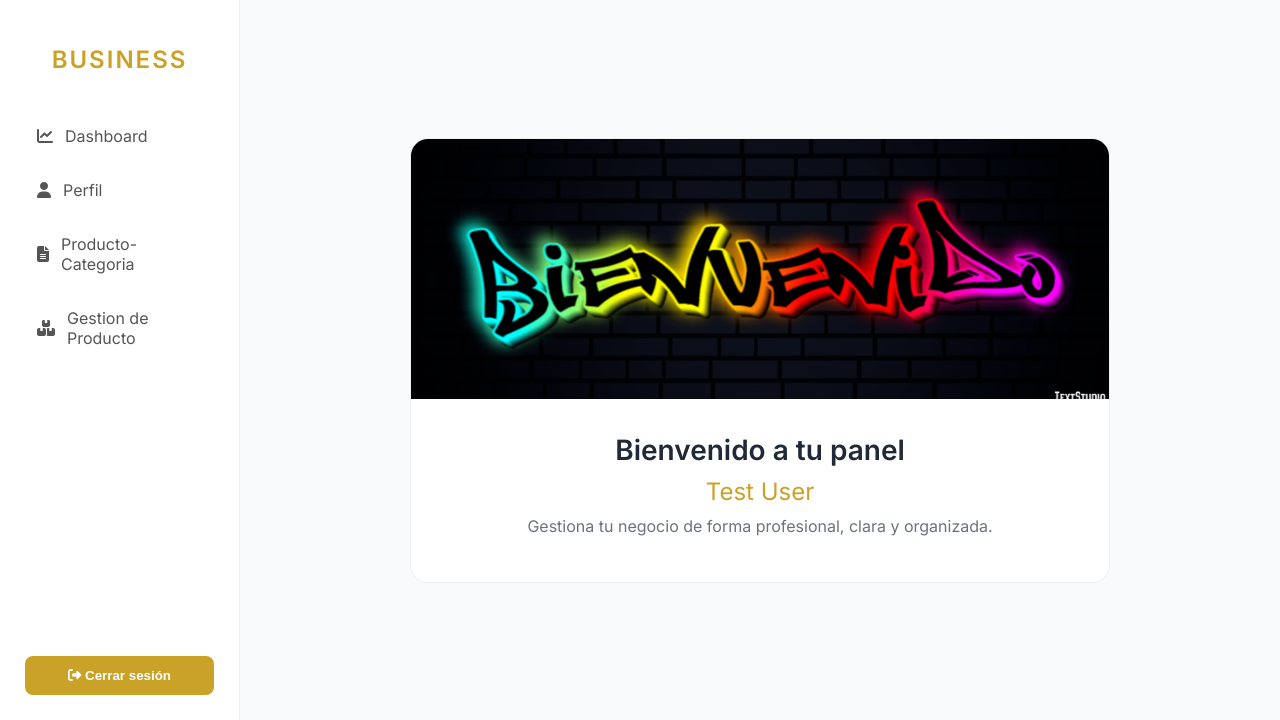
Repository: BrianCarringtom/menuqr
Page: resources/views/business/dashboard.blade.php
An editor plug-in stored every save of this project. The page is shown before and after the next save, followed by the edit.
The browser window is 1280 px wide. The pictures show the whole page.
The page is served by the project's Laravel application, run on PHP 8.4 with Laravel 12. A made-up administrator, Test User (test@example.com), is signed in. Other server files are loaded and not shown. The template is opened directly, without the code that normally fills it, so the values that code supplies are empty.

Above is the page before, as saved 2026-03-24 14:50:48.

### routes/web.php
<?php

use Illuminate\Support\Facades\Route;
use Illuminate\Support\Facades\Auth;
use App\Models\User;
use Illuminate\Http\Request;
use Illuminate\Support\Str;
use App\Models\Category;
use App\Models\Product;

// Página pública
Route::get('/', function () {
    return view('welcome');
});

// 🔥 REDIRECCIÓN INTELIGENTE (CLAVE)
Route::get('/dashboard', function () {

    if (!Auth::check()) {
        return redirect('/login');
    }

    if (Auth::user()->role === 'admin') {
        return redirect('/admin');
    }

    return redirect('/business');
})->middleware('auth');


// PANEL ADMIN
// Dashboard
Route::get('/admin', function () {

    if (Auth::user()->role !== 'admin') {
        abort(403);
    }

    return view('admin.dashboard');
})->middleware('auth');


// Usuarios
Route::get('/admin/users', function () {

    if (Auth::user()->role !== 'admin') {
        abort(403);
    }

    $users = User::all();

    return view('admin.users', compact('users'));
})->middleware('auth');

// CREAR USUARIOS (solo admin)
Route::post('/admin/create-user', function (Request $request) {

    if (Auth::user()->role !== 'admin') {
        abort(403);
    }

    // Generar slug único
    $slugBase = Str::slug($request->name); // Convierte "Fonda Maricela" → "fonda-maricela"
    $slug = $slugBase;
    $counter = 1;

    while (User::where('slug', $slug)->exists()) {
        $slug = $slugBase . '-' . $counter++;
    }

    User::create([
        'name' => $request->name,
        'email' => $request->email,
        'password' => bcrypt($request->password),
        'role' => 'business',
        'slug' => $slug, // <-- importante
    ]);

    return back()->with('success', 'Usuario creado con slug: ' . $slug);
})->middleware('auth');

// EDITAR (mostrar datos)
Route::get('/admin/users/{id}/edit', function ($id) {
    if (Auth::user()->role !== 'admin') {
        abort(403);
    }

    $user = User::findOrFail($id);
    return view('admin.edit-user', compact('user'));
})->middleware('auth')->name('users.edit');


// ACTUALIZAR
Route::put('/admin/users/{id}', function (Request $request, $id) {
    if (Auth::user()->role !== 'admin') {
        abort(403);
    }

    $user = User::findOrFail($id);

    $user->update([
        'name' => $request->name,
        'email' => $request->email,
        'role' => $request->role,
    ]);

    return redirect('/admin/users')->with('success', 'Usuario actualizado correctamente');
})->middleware('auth')->name('users.update');


// ELIMINAR
Route::delete('/admin/users/{id}', function ($id) {
    if (Auth::user()->role !== 'admin') {
        abort(403);
    }

    $user = User::findOrFail($id);
    $user->delete();

    return back()->with('success', 'Usuario eliminado correctamente');
})->middleware('auth')->name('users.destroy');

Route::put('/admin/users/{id}/toggle', function ($id) {

    $user = User::findOrFail($id);

    // 🔥 lo invierte solo (true → false, false → true)
    $user->is_active = !$user->is_active;
    $user->save();

    return back();
})->name('users.toggle')->middleware('auth');


// PANEL BUSINESS
Route::get('/business', function () {

    if (Auth::user()->role !== 'business') {
        abort(403);
    }

    return view('business.dashboard');
})->middleware('auth');

Route::get('/business/profile', function () {

    if (Auth::user()->role !== 'business') {
        abort(403);
    }

    return view('business.profile');
})->middleware('auth');

Route::get('/business/producto', function () {

    if (Auth::user()->role !== 'business') {
        abort(403);
    }

    return view('business.producto');
})->middleware('auth');

Route::post('/business/profile/image', function (Request $request) {

    if (!Auth::check()) {
        abort(403);
    }

    $request->validate([
        'image' => 'required|image|mimes:jpg,jpeg,png|max:2048'
    ]);

    /** @var \App\Models\User $user */
    $user = Auth::user();

    if ($request->hasFile('image')) {

        $path = $request->file('image')->store('profiles', 'public');

        $user->image = $path;
        $user->save(); // 🔥 ya no marca error visual
    }

    return back()->with('success', 'Imagen actualizada');
})->middleware('auth');

Route::get('/business/gestion', function () {

    if (Auth::user()->role !== 'business') {
        abort(403);
    }

    return view('business.gestion'); // o cambia también la vista si quieres
})->middleware('auth');

// GUARDAR CATEGORIA
Route::post('/business/category', function (Request $request) {

    if (!Auth::check()) {
        abort(403);
    }

    $request->validate([
        'category' => 'required|string|max:255'
    ]);

    Category::create([
        'name' => $request->category,
        'user_id' => Auth::id() // 🔥 FIX AQUÍ
    ]);

    return back()->with('success', 'Categoría creada');
})->middleware('auth');

Route::delete('/business/category/{id}', function ($id) {

    $category = Category::where('id', $id)
        ->where('user_id', Auth::id())
        ->firstOrFail();

    $category->delete();

    return back()->with('success', 'Categoría eliminada');
})->middleware('auth')->name('categories.destroy');

Route::get('/business/category/edit/{id}', function ($id) {

    $category = Category::where('id', $id)
        ->where('user_id', Auth::id())
        ->firstOrFail();

    return view('edit-category', compact('category'));
})->middleware('auth')->name('categories.edit');

Route::put('/business/category/{id}', function (Request $request, $id) {

    $request->validate([
        'name' => 'required|string|max:255'
    ]);

    $category = Category::where('id', $id)
        ->where('user_id', Auth::id())
        ->firstOrFail();

    $category->update([
        'name' => $request->name
    ]);

    return redirect('/business/gestion')->with('success', 'Categoría actualizada');
})->middleware('auth')->name('categories.update');

// GUARDAR PRODUCTO
Route::post('/business/product', function (Request $request) {

    if (!Auth::check()) {
        abort(403);
    }

    $request->validate([
        'name' => 'required|string|max:255',
        'price' => 'required|numeric',
        'description' => 'required|string',
        'category' => 'required|exists:categories,id'
    ]);

    Product::create([
        'name' => $request->name,
        'price' => $request->price,
        'description' => $request->description,
        'category_id' => $request->category,
        'user_id' => Auth::id() // 🔥 FIX AQUÍ
    ]);

    return back()->with('success', 'Producto agregado');
})->middleware('auth');

Route::delete('/business/product/{id}', function ($id) {

    $product = Product::where('id', $id)
        ->where('user_id', Auth::id())
        ->firstOrFail();

    $product->delete();

    return back()->with('success', 'Producto eliminado');
})->middleware('auth')->name('products.destroy');

Route::get('/business/product/edit/{id}', function ($id) {

    $product = Product::where('id', $id)
        ->where('user_id', Auth::id())
        ->firstOrFail();

    $categories = Category::where('user_id', Auth::id())->get();

    return view('edit-product', compact('product', 'categories'));
})->middleware('auth')->name('products.edit');

Route::put('/business/product/{id}', function (Request $request, $id) {

    $request->validate([
        'name' => 'required',
        'price' => 'required|numeric',
        'description' => 'required',
        'category' => 'required|exists:categories,id'
    ]);

    $product = Product::where('id', $id)
        ->where('user_id', Auth::id())
        ->firstOrFail();

    $product->update([
        'name' => $request->name,
        'price' => $request->price,
        'description' => $request->description,
        'category_id' => $request->category
    ]);

    return redirect('/business/gestion')->with('success', 'Producto actualizado');
})->middleware('auth')->name('products.update');

// 🔥 PERFIL PÚBLICO POR SLUG (SIEMPRE AL FINAL)
Route::get('/{slug}', function ($slug) {

    $user = User::where('slug', $slug)
        ->with('categories.products')
        ->firstOrFail();

    // 🚫 BLOQUEAR ACCESO AL SLUG
    if (!$user->is_active) {
        abort(403, 'Este perfil está bloqueado');
    }

    return view('business.show', compact('user'));
})->where('slug', '^(?!admin|business|login|register|dashboard|api|logout).*$');

// 🔥 IMPORTANTE
require __DIR__ . '/auth.php';

### routes/auth.php
<?php

use App\Http\Controllers\Auth\AuthenticatedSessionController;
use App\Http\Controllers\Auth\ConfirmablePasswordController;
use App\Http\Controllers\Auth\EmailVerificationNotificationController;
use App\Http\Controllers\Auth\EmailVerificationPromptController;
use App\Http\Controllers\Auth\NewPasswordController;
use App\Http\Controllers\Auth\PasswordController;
use App\Http\Controllers\Auth\PasswordResetLinkController;
use App\Http\Controllers\Auth\RegisteredUserController;
use App\Http\Controllers\Auth\VerifyEmailController;
use Illuminate\Support\Facades\Route;
use Illuminate\Support\Facades\Auth;
use Illuminate\Http\Request;

/*
|--------------------------------------------------------------------------
| RUTAS SOLO PARA INVITADOS (NO LOGUEADOS)
|--------------------------------------------------------------------------
*/

Route::middleware('guest')->group(function () {

    Route::get('login', [AuthenticatedSessionController::class, 'create'])
        ->name('login');

    Route::post('login', [AuthenticatedSessionController::class, 'store']);

    Route::get('forgot-password', [PasswordResetLinkController::class, 'create'])
        ->name('password.request');

    Route::post('forgot-password', [PasswordResetLinkController::class, 'store'])
        ->name('password.email');

    Route::get('reset-password/{token}', [NewPasswordController::class, 'create'])
        ->name('password.reset');

    Route::post('reset-password', [NewPasswordController::class, 'store'])
        ->name('password.store');
});

/*
|--------------------------------------------------------------------------
| RUTAS PARA USUARIOS AUTENTICADOS
|--------------------------------------------------------------------------
*/
Route::middleware('auth')->group(function () {

    /*
    |--------------------------------------------------------------------------
    | 🔥 REGISTER SOLO ADMIN
    |--------------------------------------------------------------------------
    */
    Route::get('register', function () {
        if (Auth::user()->role !== 'admin') {
            abort(403);
        }

        return app(RegisteredUserController::class)->create();
    })->name('register');

    Route::post('register', function (Request $request) {
        if (Auth::user()->role !== 'admin') {
            abort(403);
        }

        return app(RegisteredUserController::class)->store($request);
    });

    /*
    |--------------------------------------------------------------------------
    | RESTO DE RUTAS
    |--------------------------------------------------------------------------
    */
    Route::get('verify-email', EmailVerificationPromptController::class)
        ->name('verification.notice');

    Route::get('verify-email/{id}/{hash}', VerifyEmailController::class)
        ->middleware(['signed', 'throttle:6,1'])
        ->name('verification.verify');

    Route::post('email/verification-notification', [EmailVerificationNotificationController::class, 'store'])
        ->middleware('throttle:6,1')
        ->name('verification.send');

    Route::get('confirm-password', [ConfirmablePasswordController::class, 'show'])
        ->name('password.confirm');

    Route::post('confirm-password', [ConfirmablePasswordController::class, 'store']);

    Route::put('password', [PasswordController::class, 'update'])
        ->name('password.update');

    Route::post('logout', [AuthenticatedSessionController::class, 'destroy'])
        ->name('logout');
});

### app/Models/User.php
<?php

namespace App\Models;

use Database\Factories\UserFactory;
use Illuminate\Database\Eloquent\Factories\HasFactory;
use Illuminate\Foundation\Auth\User as Authenticatable;
use Illuminate\Notifications\Notifiable;

class User extends Authenticatable
{
    /** @use HasFactory<UserFactory> */
    use HasFactory, Notifiable;

    /**
     * The attributes that are mass assignable.
     *
     * @var list<string>
     */
    protected $fillable = [
        'name',
        'email',
        'password',
        'role',   // <-- agregar
        'slug',   // <-- agregar
    ];

    /**
     * The attributes that should be hidden for serialization.
     *
     * @var list<string>
     */
    protected $hidden = [
        'password',
        'remember_token',
    ];

    public function categories()
    {
        return $this->hasMany(Category::class);
    }

    public function products()
    {
        return $this->hasMany(Product::class);
    }
    /**
     * Get the attributes that should be cast.
     *
     * @return array<string, string>
     */
    protected function casts(): array
    {
        return [
            'email_verified_at' => 'datetime',
            'password' => 'hashed',
        ];
    }
}

### resources/views/business/dashboard.blade.php
<!DOCTYPE html>
<html lang="es">

<head>
    <meta charset="UTF-8">
    <title>Business Dashboard</title>

    <!-- Fuente -->
    <link href="https://fonts.googleapis.com/css2?family=Inter:wght@300;400;600&display=swap" rel="stylesheet">

    <!-- Iconos -->
    <link rel="stylesheet" href="https://cdnjs.cloudflare.com/ajax/libs/font-awesome/6.4.2/css/all.min.css">

    <style>
        * {
            box-sizing: border-box;
        }

        body {
            margin: 0;
            font-family: 'Inter', sans-serif;
            background: #f9fafb;
            color: #1f2937;
        }

        .container {
            display: flex;
            height: 100vh;
        }

        /* SIDEBAR */
        .sidebar {
            width: 240px;
            background: white;
            border-right: 1px solid #eee;
            padding: 25px;
            display: flex;
            flex-direction: column;
            justify-content: space-between;
        }

        .sidebar h2 {
            text-align: center;
            color: #c9a227;
            font-weight: 600;
            letter-spacing: 2px;
        }

        .menu {
            margin-top: 40px;
        }

        .menu a {
            display: flex;
            align-items: center;
            gap: 12px;
            padding: 12px;
            margin-bottom: 10px;
            border-radius: 8px;
            text-decoration: none;
            color: #555;
            transition: 0.25s;
        }

        .menu a:hover {
            background: #fef9e7;
            color: #c9a227;
        }

        .logout-btn {
            background: #c9a227;
            border: none;
            padding: 12px;
            border-radius: 8px;
            color: white;
            font-weight: 600;
            cursor: pointer;
        }

        .logout-btn:hover {
            background: #a8831f;
        }

        /* MAIN */
        .main {
            flex: 1;
            display: flex;
            align-items: center;
            justify-content: center;
            padding: 40px;
        }

        /* WELCOME */
        .welcome-box {
            background: white;
            border-radius: 18px;
            overflow: hidden;
            max-width: 700px;
            width: 100%;
            border: 1px solid #eee;
            text-align: center;
        }

        .welcome-box img {
            width: 100%;
            height: 260px;
            object-fit: cover;
        }

        .welcome-content {
            padding: 30px;
        }

        .welcome-content h1 {
            margin: 0;
            font-size: 28px;
            color: #1f2937;
        }

        .welcome-content h2 {
            margin: 10px 0;
            color: #c9a227;
            font-weight: 500;
        }

        .welcome-content p {
            color: #6b7280;
            margin-top: 10px;
        }
    </style>
</head>

<body>

    <div class="container">

        <!-- SIDEBAR -->
        <div class="sidebar">
            <div>
                <h2>BUSINESS</h2>

                <div class="menu">
                    <a href="/business"><i class="fas fa-chart-line"></i> Dashboard</a>
                    <a href="/business/profile"><i class="fas fa-user"></i> Perfil</a>
                    <a href="/business/producto"><i class="fas fa-file-alt"></i> Producto-Categoria</a>
                    <a href="/business/gestion"><i class="fas fa-boxes"></i> Gestion de Producto</a>
                </div>
            </div>

            <form id="logout-form" action="{{ route('logout') }}" method="POST" style="display: none;">
                @csrf
            </form>

            <button class="logout-btn"
                onclick="event.preventDefault(); document.getElementById('logout-form').submit();">
                <i class="fas fa-sign-out-alt"></i> Cerrar sesión
            </button>
        </div>

        <!-- MAIN -->
        <div class="main">

            <div class="welcome-box">
                <img src="/images/bienvenido.png" alt="Negocio">

                <div class="welcome-content">
                    <h1>Bienvenido a tu panel</h1>
                    <h2>{{ auth()->user()->name }}</h2>
                    <p>Gestiona tu negocio de forma profesional, clara y organizada.</p>
                </div>
            </div>

        </div>

    </div>

</body>

</html>

Loaded but not shown: app/Http/Controllers/Auth/EmailVerificationPromptController.php (common file); app/Http/Controllers/Controller.php (common file); app/Http/Controllers/Auth/VerifyEmailController.php (common file)

After the next save:
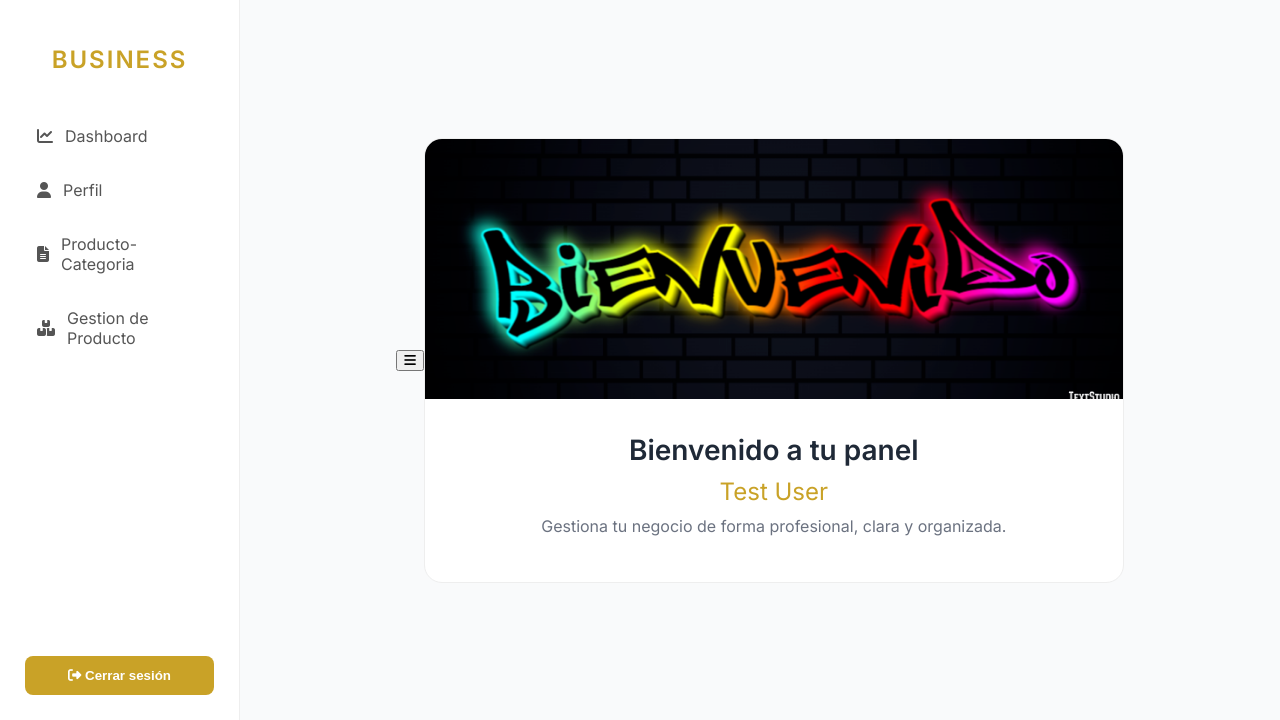
Saved 72 s later.
--- a/resources/views/business/dashboard.blade.php
+++ b/resources/views/business/dashboard.blade.php
@@ -159,6 +159,9 @@
 
         <!-- MAIN -->
         <div class="main">
+            <button class="menu-toggle" onclick="toggleMenu()">
+                <i class="fas fa-bars"></i>
+            </button>
 
             <div class="welcome-box">
                 <img src="/images/bienvenido.png" alt="Negocio">
